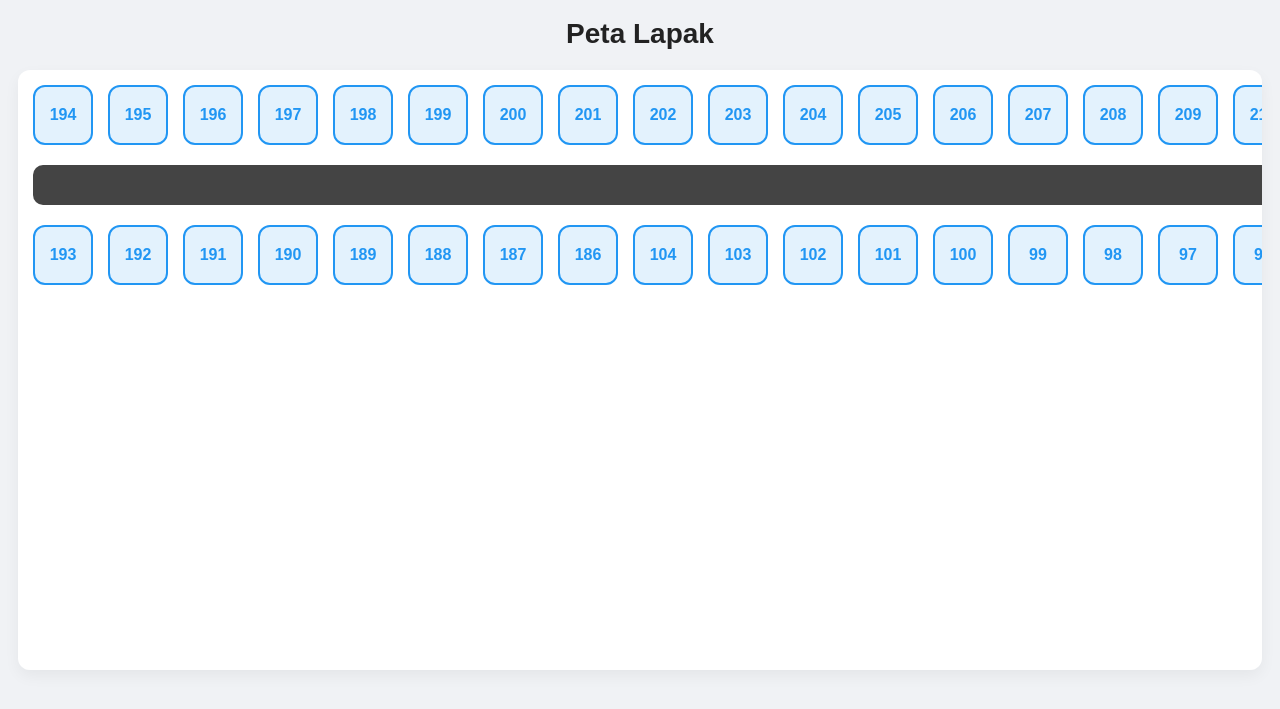
Repository: pasarrakyatbak/denah
Page: index.html
These files come from the project's save history. The page is drawn as it stood at one moment and after the next save; the edit follows.
The browser window is 1280 px wide. The pictures show the whole page.

Above is the page before, as saved 2025-09-19 09:54:22.

### index.html
<!DOCTYPE html>
<html lang="id">

<head>
    <meta charset="utf-8" />
    <meta name="viewport" content="width=device-width,initial-scale=1" />
    <title>Peta Lapak</title>
    <link rel="stylesheet" href="style.css" />
</head>

<body>
    <h1>Peta Lapak</h1>

    <div class="scroll-container">
        <div class="h-inner">
            <!-- Baris atas: sisi kanan -->
            <div class="row top" id="right-side"></div>

            <!-- Jalan horizontal -->
            <div class="road" id="road">JALAN</div>

            <!-- Baris bawah: sisi kiri -->
            <div class="row bottom" id="left-side"></div>
        </div>
    </div>

    <script src="script.js"></script>
</body>

</html>

### style.css
/* Reset & Base */
* {
    margin: 0;
    padding: 0;
    box-sizing: border-box;
}

body {
    font-family: 'Poppins', sans-serif;
    background: #f0f2f5;
    color: #222;
    padding: 18px;
    text-align: center;
}

h1 {
    font-size: 28px;
    margin-bottom: 20px;
}

/* Scroll container */
.scroll-container {
    position: relative;
    width: 100%;
    height: 600px;
    overflow-x: auto;
    overflow-y: auto;
    background: #fff;
    border-radius: 12px;
    padding: 15px;
    box-shadow: 0 6px 15px rgba(0, 0, 0, 0.05);
}

/* Flex column */
.h-inner {
    display: flex;
    flex-direction: column;
    gap: 20px;
    min-width: max-content;
}

/* Row lapak */
.row {
    display: flex;
    gap: 15px;
    align-items: center;
    flex-wrap: wrap;
    min-width: max-content;
}

/* Kotak lapak modern */
.lapak {
    width: 60px;
    height: 60px;
    border-radius: 12px;
    background: #e3f2fd;
    border: 2px solid #2196f3;
    color: #2196f3;
    font-weight: 600;
    display: flex;
    align-items: center;
    justify-content: center;
    transition: all 0.2s ease;
    cursor: pointer;
    font-size: 16px;
}

.lapak:hover {
    background: #2196f3;
    color: #fff;
    transform: scale(1.1);
    box-shadow: 0 4px 12px rgba(0, 0, 0, 0.15);
}

/* Jalan */
.road {
    height: 40px;
    background: #444;
    color: #fff;
    display: flex;
    align-items: center;
    justify-content: center;
    border-radius: 10px;
    padding: 0 10px;
    min-width: max-content;
}

/* Gerbang */
.jalan-gerbang {
    width: 130px;
    height: 45px;
    background: #ff9800;
    color: #fff;
    display: flex;
    align-items: center;
    justify-content: center;
    border-radius: 10px;
    font-weight: 700;
    transition: all 0.2s;
}

.jalan-gerbang:hover {
    background: #fb8c00;
    transform: scale(1.05);
}

/* Container gapura lintas jalan */
.gapura-container {
    width: 60px;
    height: 60px;
    display: flex;
    flex-direction: column;
    align-items: center;
    justify-content: center;
    gap: 3px;
}

/* Simbol gapura */
.gapura-icon {
    font-size: 22px;
}

/* Panah */
.gapura-arrow {
    font-size: 18px;
    line-height: 1;
}

/* Bungkus tiap lapak */
.lapak-wrapper {
    position: relative;
    display: flex;
    flex-direction: column;
    align-items: center;
}

/* Sungai di bawah lapak */
.sungai-bawah {
    position: absolute;
    top: 105%;
    left: 50%;
    transform: translateX(-50%);
    width: 130%;
    height: 90%;
    background: linear-gradient(to bottom, #2196f3, #64b5f6);
    border-radius: 10px;
    color: #fff;
    font-size: 0.8em;
    font-weight: bold;
    display: flex;
    flex-direction: column;
    align-items: center;
    justify-content: center;
    line-height: 1.2;
    box-shadow: 0 4px 10px rgba(0, 0, 0, 0.2);
}

.sungai-bawah span {
    font-size: 0.7em;
    font-weight: 600;
}

/* === Tambahan untuk tiang wifi & lampu === */
.tiang-container {
    width: 70px;
    height: 70px;
    background: #f5f5f5;
    border: 2px dashed #666;
    border-radius: 12px;
    display: flex;
    flex-direction: column;
    align-items: center;
    justify-content: center;
    font-size: 22px;
    font-weight: bold;
    color: #444;
}

.tiang-label {
    font-size: 12px;
    font-weight: 600;
    margin-top: 2px;
    color: #222;
}

/* Responsive Breakpoints */
@media(max-width:1200px) {
    .scroll-container {
        height: 500px;
    }

    .lapak {
        width: 55px;
        height: 55px;
        font-size: 15px;
    }
}

@media(max-width:900px) {
    .scroll-container {
        height: 450px;
    }

    .lapak {
        width: 50px;
        height: 50px;
        font-size: 14px;
    }

    .jalan-gerbang {
        width: 100px;
        height: 38px;
        font-size: 13px;
    }

    .sungai-bawah {
        width: 120%;
        height: 85%;
        font-size: 0.75em;
    }
}

@media(max-width:600px) {
    body {
        padding: 10px;
    }

    h1 {
        font-size: 22px;
    }

    .scroll-container {
        height: 400px;
        padding: 10px;
    }

    .lapak {
        width: 45px;
        height: 45px;
        font-size: 13px;
    }

    .jalan-gerbang {
        width: 90px;
        height: 34px;
        font-size: 12px;
    }

    .sungai-bawah {
        width: 110%;
        height: 80%;
        font-size: 0.7em;
    }
}

@media(max-width:480px) {
    .lapak {
        width: 40px;
        height: 40px;
        font-size: 12px;
    }

    .jalan-gerbang {
        width: 80px;
        height: 32px;
        font-size: 11px;
    }
}

### script.js
// DATA NOMOR
const leftNumbers = [
    1, 2, 3, 4, 5, 6, 7, 8, 9, 10, 11, 15, 16, 17, 18, 19, 20, 21, 22, 23, 24,
    25, 26, 27, 28, 29, 30, 31, 32, 33, 34, 35, 36, 37, 38, 39, 40, 41, 42, 43,
    44, 45, 46, 47, 48, 49, 50, 51, 52, 53, 54, 55, 56, 57, 58, 59, 60, 61, 62,
    63, 64, 65, 66, 67, 68, 69, 70, 71, 72, 73, 74, 75, 76, 77, 78, 79, 80, 81,
    82, 83, 84, 85, 86, 87, 88, 89, 90, 91, 92, 93, 94, 95, 96, 97, 98, 99, 100,
    101, 102, 103, 104, 186, 187, 188, 189, 190, 191, 192, 193
];
const rightNumbers = [
    194, 195, 196, 197, 198, 199, 200, 201, 202, 203, 204, 205, 206, 207, 208,
    209, 210, 211, 212, 213, 105, 106, 107, 108, 109, 110, 111, 112, 113, 114,
    115, 116, 117, 118, 119, 120, 121, 122, 123, 124, 125, 126, 127, 128, 129,
    130, 131, 132, 133, 134, 135, 136, 137, 138, 214, 215, 216, 139, 140, 141,
    142, 143, 144, 145, 146, 147, 148, 149, 150, 151, 152, 153, 154, 155, 156,
    157, 158, 159, 160, 161, 162, 163, 164, 165, 166, 167, 168, 169, 170, 171,
    172, 173, 174, 175, 176, 177, 178, 179, 180, 181, 182, 183, 184, 185
];

const rightSide = document.getElementById('right-side');
const leftSide = document.getElementById('left-side');

// Fungsi buat lapak
function makeLapak(num) {
    const d = document.createElement('div');
    d.className = 'lapak';
    d.textContent = num;
    return d;
}
rightNumbers.forEach(n => rightSide.appendChild(makeLapak(n)));
leftNumbers.slice().reverse().forEach(n => leftSide.appendChild(makeLapak(n)));

// Gerbang di sisi kiri
function insertGerbangBetween(parent, a, b, label = 'Gerbang Sekolah') {
    const children = Array.from(parent.children);
    const idxA = children.findIndex(c => c.textContent == String(a));
    const idxB = children.findIndex(c => c.textContent == String(b));
    if (idxA === -1 || idxB === -1) return;
    const insertAfterIndex = Math.min(idxA, idxB);
    const refNode = parent.children[insertAfterIndex + 1] || null;
    const g = document.createElement('div');
    g.className = 'jalan-gerbang';
    g.textContent = label;
    parent.insertBefore(g, refNode);
}
insertGerbangBetween(leftSide, 2, 3);
insertGerbangBetween(leftSide, 11, 15);
// Fungsi buat gapura lintas jalan dengan garis penghubung
function insertGapuraLintasJalan(leftParent, rightParent, a, b) {
    const leftChildren = Array.from(leftParent.children);
    const rightChildren = Array.from(rightParent.children);

    const idxLeft = leftChildren.findIndex(c => c.textContent == String(a));
    const idxRight = rightChildren.findIndex(c => c.textContent == String(b));

    if (idxLeft === -1 || idxRight === -1) return;

    // Buat gapura bawah (⛩️ + panah ke atas)
    const gapuraBottom = document.createElement('div');
    gapuraBottom.className = 'gapura-container';
    gapuraBottom.innerHTML = `
        <div class="gapura-icon">⛩️</div>
        <div class="gapura-arrow">⬆️</div>
    `;
    leftParent.insertBefore(gapuraBottom, leftParent.children[idxLeft + 1]);

    // Buat gapura atas (panah ke bawah + ⛩️)
    const gapuraTop = document.createElement('div');
    gapuraTop.className = 'gapura-container';
    gapuraTop.innerHTML = `
        <div class="gapura-arrow">⬇️</div>
        <div class="gapura-icon">⛩️</div>
    `;
    rightParent.insertBefore(gapuraTop, rightParent.children[idxRight]);

    // Buat garis penghubung (connector) di jalan
    const road = document.getElementById("road");
    const connector = document.createElement("div");
    connector.className = "gapura-connector";
    road.appendChild(connector);
}

// Tambah gapura lintas jalan antara 57-58 (bawah) dan 145-146 (atas)
insertGapuraLintasJalan(leftSide, rightSide, 57, 146);
function placeSungaiBelowLapak(parent, targetNum) {
    const target = Array.from(parent.children)
        .find(c => c.textContent == String(targetNum));

    if (!target) return;

    // Bungkus lapak dengan wrapper
    const wrapper = document.createElement("div");
    wrapper.className = "lapak-wrapper";
    wrapper.setAttribute("data-lapak", targetNum);

    parent.insertBefore(wrapper, target);
    wrapper.appendChild(target);

    // Tambah sungai di bawahnya
    const sungai = document.createElement("div");
    sungai.className = "sungai-bawah";
    sungai.textContent = "Sungai";
    wrapper.appendChild(sungai);
}


// panggil khusus lapak 62
placeSungaiBelowLapak(leftSide, 62);

After the next save:
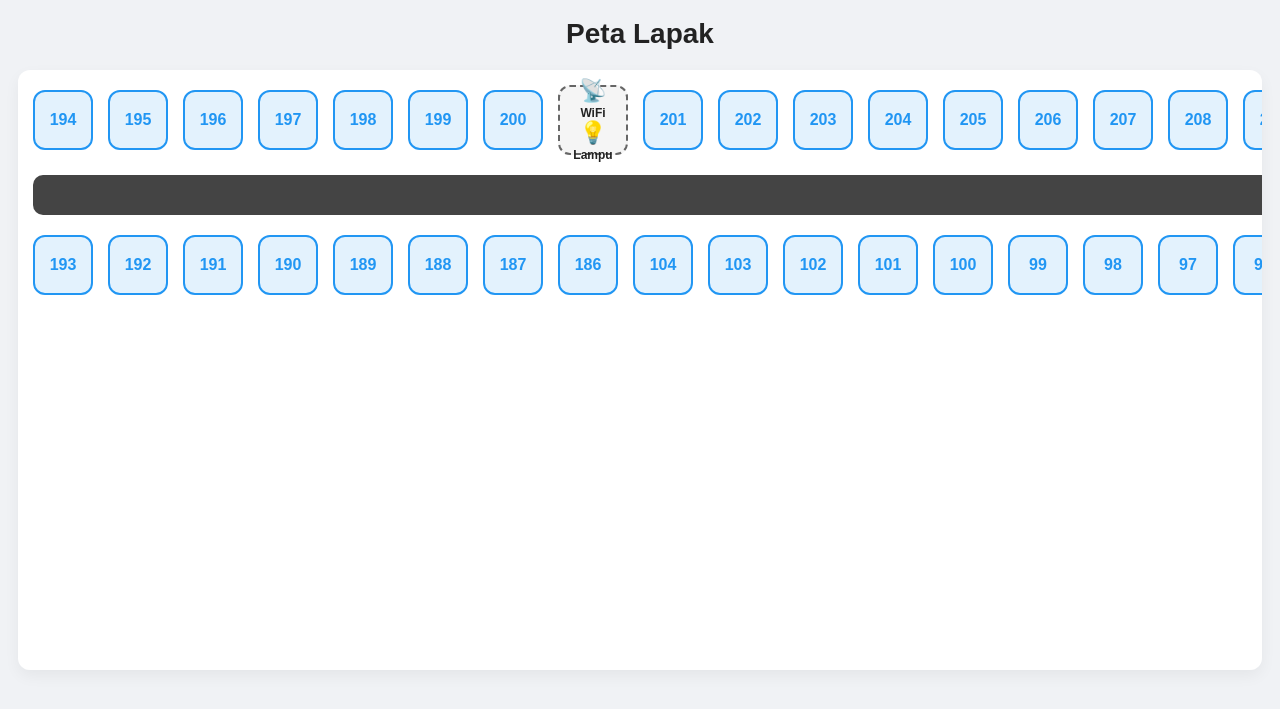
Saved 46 s later.
--- a/script.js
+++ b/script.js
@@ -30,7 +30,7 @@ function makeLapak(num) {
 rightNumbers.forEach(n => rightSide.appendChild(makeLapak(n)));
 leftNumbers.slice().reverse().forEach(n => leftSide.appendChild(makeLapak(n)));
 
-// Gerbang di sisi kiri
+// Fungsi gerbang
 function insertGerbangBetween(parent, a, b, label = 'Gerbang Sekolah') {
     const children = Array.from(parent.children);
     const idxA = children.findIndex(c => c.textContent == String(a));
@@ -45,7 +45,8 @@ function insertGerbangBetween(parent, a, b, label = 'Gerbang Sekolah') {
 }
 insertGerbangBetween(leftSide, 2, 3);
 insertGerbangBetween(leftSide, 11, 15);
-// Fungsi buat gapura lintas jalan dengan garis penghubung
+
+// Fungsi gapura lintas jalan
 function insertGapuraLintasJalan(leftParent, rightParent, a, b) {
     const leftChildren = Array.from(leftParent.children);
     const rightChildren = Array.from(rightParent.children);
@@ -55,54 +56,63 @@ function insertGapuraLintasJalan(leftParent, rightParent, a, b) {
 
     if (idxLeft === -1 || idxRight === -1) return;
 
-    // Buat gapura bawah (⛩️ + panah ke atas)
     const gapuraBottom = document.createElement('div');
     gapuraBottom.className = 'gapura-container';
     gapuraBottom.innerHTML = `
-        <div class="gapura-icon">⛩️</div>
-        <div class="gapura-arrow">⬆️</div>
-    `;
+    <div class="gapura-icon">⛩️</div>
+    <div class="gapura-arrow">⬆️</div>
+  `;
     leftParent.insertBefore(gapuraBottom, leftParent.children[idxLeft + 1]);
 
-    // Buat gapura atas (panah ke bawah + ⛩️)
     const gapuraTop = document.createElement('div');
     gapuraTop.className = 'gapura-container';
     gapuraTop.innerHTML = `
-        <div class="gapura-arrow">⬇️</div>
-        <div class="gapura-icon">⛩️</div>
-    `;
+    <div class="gapura-arrow">⬇️</div>
+    <div class="gapura-icon">⛩️</div>
+  `;
     rightParent.insertBefore(gapuraTop, rightParent.children[idxRight]);
 
-    // Buat garis penghubung (connector) di jalan
     const road = document.getElementById("road");
     const connector = document.createElement("div");
     connector.className = "gapura-connector";
     road.appendChild(connector);
 }
+insertGapuraLintasJalan(leftSide, rightSide, 57, 146);
 
-// Tambah gapura lintas jalan antara 57-58 (bawah) dan 145-146 (atas)
-insertGapuraLintasJalan(leftSide, rightSide, 57, 146);
+// Sungai di bawah lapak
 function placeSungaiBelowLapak(parent, targetNum) {
     const target = Array.from(parent.children)
         .find(c => c.textContent == String(targetNum));
-
     if (!target) return;
-
-    // Bungkus lapak dengan wrapper
     const wrapper = document.createElement("div");
     wrapper.className = "lapak-wrapper";
     wrapper.setAttribute("data-lapak", targetNum);
-
     parent.insertBefore(wrapper, target);
     wrapper.appendChild(target);
-
-    // Tambah sungai di bawahnya
     const sungai = document.createElement("div");
     sungai.className = "sungai-bawah";
     sungai.textContent = "Sungai";
     wrapper.appendChild(sungai);
 }
+placeSungaiBelowLapak(leftSide, 62);
 
+// Tiang wifi + lampu
+function insertTiangBetween(parent, a, b) {
+    const children = Array.from(parent.children);
+    const idxA = children.findIndex(c => c.textContent == String(a));
+    const idxB = children.findIndex(c => c.textContent == String(b));
+    if (idxA === -1 || idxB === -1) return;
 
-// panggil khusus lapak 62
-placeSungaiBelowLapak(leftSide, 62);
+    const insertAfterIndex = Math.min(idxA, idxB);
+    const refNode = parent.children[insertAfterIndex + 1] || null;
+
+    const tiang = document.createElement("div");
+    tiang.className = "tiang-container";
+    tiang.innerHTML = `
+    📡<div class="tiang-label">WiFi</div>
+    💡<div class="tiang-label">Lampu</div>
+  `;
+    parent.insertBefore(tiang, refNode);
+}
+
+insertTiangBetween(rightSide, 200, 201);
